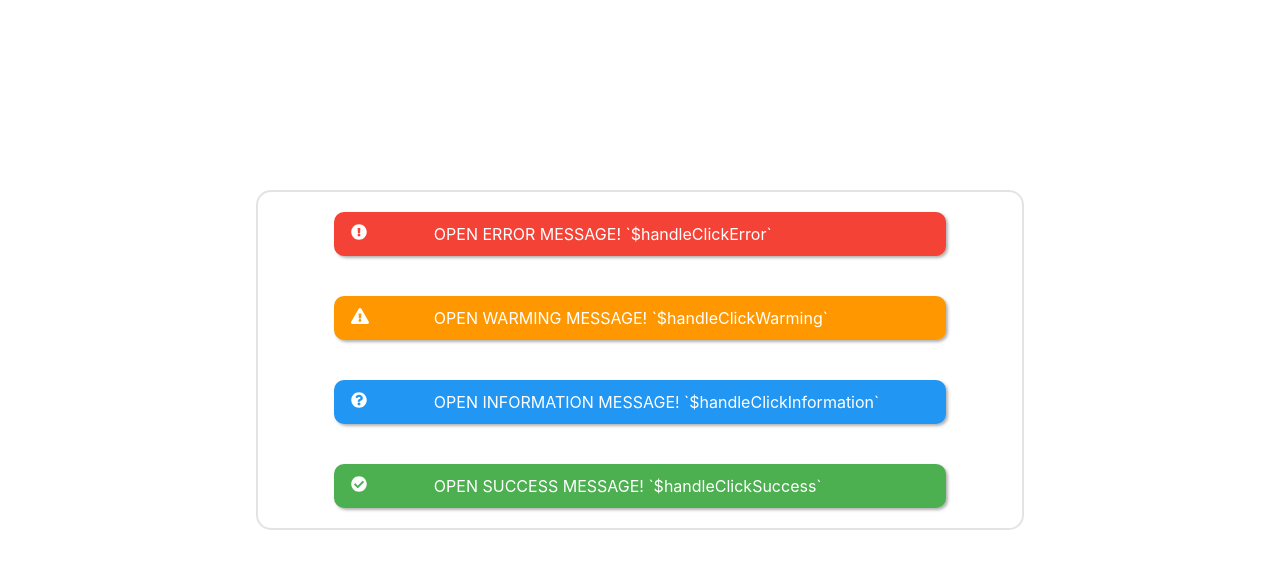
Repository: KrzysKolo/sr_tydzien5_zad2
Page: /
An editor plug-in stored every save of this project. The page is shown before and after the next save, followed by the edit.
The browser window is 1280 px wide. The pictures show the whole page.
The project was rebuilt for these pictures with package versions that can differ from the ones it lists, and the page was loaded fresh each time.

Above is the page before, as saved 2020-12-21 18:46:29.

### public/index.html
<!DOCTYPE html>
<html lang="en">
  <head>
    <meta charset="utf-8" />
    <link rel="icon" href="%PUBLIC_URL%/favicon.ico" />
    <meta name="viewport" content="width=device-width, initial-scale=1" />
    <meta name="theme-color" content="#000000" />
    <meta
      name="description"
      content="Web site created using create-react-app"
    />
    <link rel="apple-touch-icon" href="%PUBLIC_URL%/logo192.png" />
    <!--
      manifest.json provides metadata used when your web app is installed on a
      user's mobile device or desktop. See https://developers.google.com/web/fundamentals/web-app-manifest/
    -->
    <link rel="manifest" href="%PUBLIC_URL%/manifest.json" />
    <!--
      Notice the use of %PUBLIC_URL% in the tags above.
      It will be replaced with the URL of the `public` folder during the build.
      Only files inside the `public` folder can be referenced from the HTML.

      Unlike "/favicon.ico" or "favicon.ico", "%PUBLIC_URL%/favicon.ico" will
      work correctly both with client-side routing and a non-root public URL.
      Learn how to configure a non-root public URL by running `npm run build`.
    -->
    <title>Zad 2 - snackbar</title>
  </head>
  <body>
    <noscript>You need to enable JavaScript to run this app.</noscript>
    <div id="root"></div>
    <!--
      This HTML file is a template.
      If you open it directly in the browser, you will see an empty page.

      You can add webfonts, meta tags, or analytics to this file.
      The build step will place the bundled scripts into the <body> tag.

      To begin the development, run `npm start` or `yarn start`.
      To create a production bundle, use `npm run build` or `yarn build`.
    -->
  </body>
</html>

### src/App.js
import React from 'react';
import Buttons from './components/Buttons';
import './App.css';
const App = () => {
  return (
    <div className="wrapper--btn">
      <Buttons />
    </div>
  )
}

export default App;

### src/components/Buttons.js
import React from 'react';
import ButtonsData from './../data/ButtonsData';
import Button from './Button';

const Buttons = () => {
    return (
        <>
            {ButtonsData.map(button =>
                <Button key={button.id} data={button} />
            )}
        </>
    )
}

export default Buttons;

### src/App.css
* {
  box-sizing: border-box;
  margin: 0;
  position: relative;
}
body {
  width: 100vw;
  height: 100vh;
  display: flex;
  flex-direction: row;
  justify-content: center;
  align-items: center;
}
.wrapper--btn {
  border: 2px solid #e3e3e3;
  border-radius: 15px;
  width: 60vw;
  display: flex;
  flex-direction: column;
  justify-content: center;
  align-items: center;
}
.btn {
  border-radius: 10px;
  color: rgb(240, 239, 244);
  cursor: pointer;
  padding: 10px 15px;
  margin: 20px;
  width: 80%;
  display: grid;
  grid-template-columns: 0.5fr 3fr;
  box-shadow: 2px 2px 3px rgba(102, 102, 102, 0.5);
}

### src/data/ButtonsData.js
const ButtonsData = [
    {
      id: 0,
      name: "OPEN ERROR MESSAGE!",
      event: "handleClickError",
      color: "rgb(244, 67, 54)",
      icon: "faExclamationCircle"
    },
    {
      id: 1,
      name: "OPEN WARMING MESSAGE!",
      event: "handleClickWarming",
      color: "rgb(255, 152, 0)",
      icon: "faExclamationTriangle",
    },
    {
      id: 2,
      name: "OPEN INFORMATION MESSAGE!",
      event: "handleClickInformation",
      color: "rgb(33, 150, 243)",
      icon: "faQuestionCircle",
    },
    {
      id: 3,
      name: "OPEN SUCCESS MESSAGE!",
      event: "handleClickSuccess",
      color: "rgb(76, 175, 80)",
      icon: "faCheckCircle",
    },

  ]
 export default ButtonsData;

### src/components/Button.js
import React, { useState } from 'react';
import Icons from './Icons';

const Button = ({ data} ) => {
    const [isHover, setIsHover] = useState(false);
    const OutStyle = {
        border: `2px solid ${data.color}`,
        background: data.color,
        color: "#fff",
      };

      const OverStyle = {
        border: `2px solid ${data.color}`,
        backgroundColor: "#fff",
        color: data.color,

      };
      const handleClickError = () => {
          console.log("error");
      }
      const handleClickWarming = () => {
          console.log("warming");
      }
      const handleClickInformation = () => {
          console.log("info");
      }
      const handleClickSuccess = () => {
          console.log("sukces");
      }
    return (
        <div className="btn"
        onClick={`${data.event}`}
        style={isHover ? OverStyle : OutStyle}
        onMouseOver={() => setIsHover(true)}
        onMouseOut={() => setIsHover(false)}>
            <Icons icon={data.icon}/>
             {data.name} `${data.event}`
        </div>
    )
}

export default Button;

### src/components/Icons.js
import React from 'react';
import { FontAwesomeIcon } from '@fortawesome/react-fontawesome';
import { faCheckCircle, faQuestionCircle, faExclamationTriangle, faExclamationCircle } from '@fortawesome/free-solid-svg-icons';

const Icons = ({icon}) => {

        switch (icon) {
            case 'faExclamationCircle': return <FontAwesomeIcon icon={faExclamationCircle} />;
            case 'faExclamationTriangle': return <FontAwesomeIcon icon={faExclamationTriangle} />;
            case 'faQuestionCircle': return <FontAwesomeIcon icon={faQuestionCircle} />;
            case 'faCheckCircle': return <FontAwesomeIcon icon={faCheckCircle} />;
            default: return null;
            }



}

export default Icons;

Loaded but not shown: src/index.js (common file); src/index.css (common file)

After the next save:
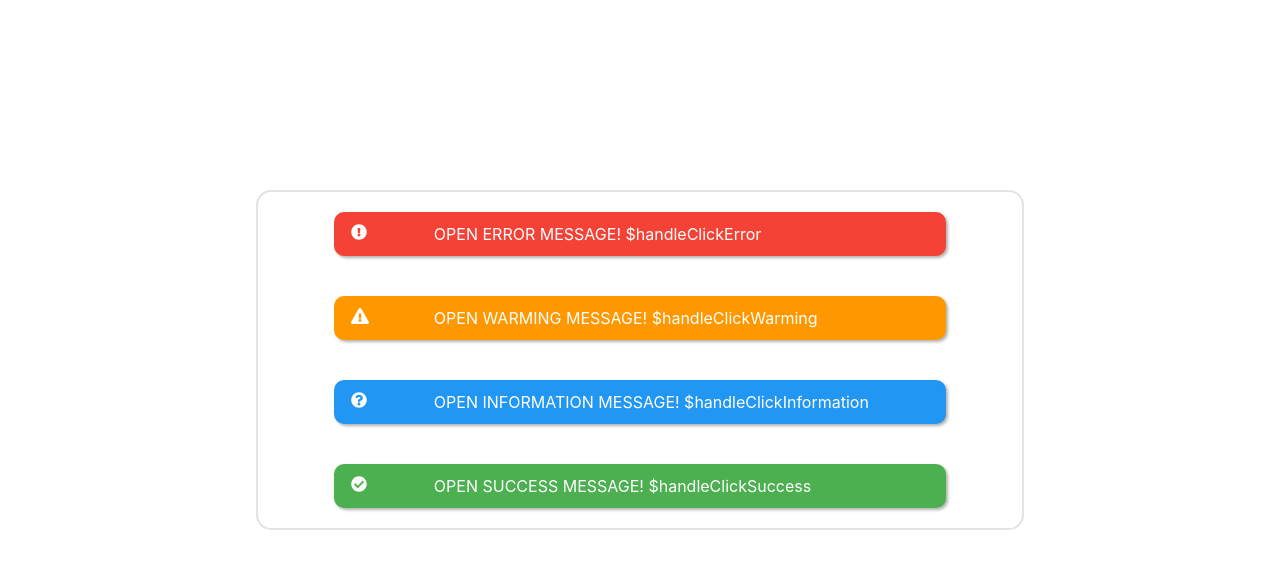
Saved 28 s later.
--- a/src/components/Button.js
+++ b/src/components/Button.js
@@ -34,7 +34,7 @@ const Button = ({ data} ) => {
         onMouseOver={() => setIsHover(true)}
         onMouseOut={() => setIsHover(false)}>
             <Icons icon={data.icon}/>
-             {data.name} `${data.event}`
+             {data.name} ${data.event}
         </div>
     )
 }
